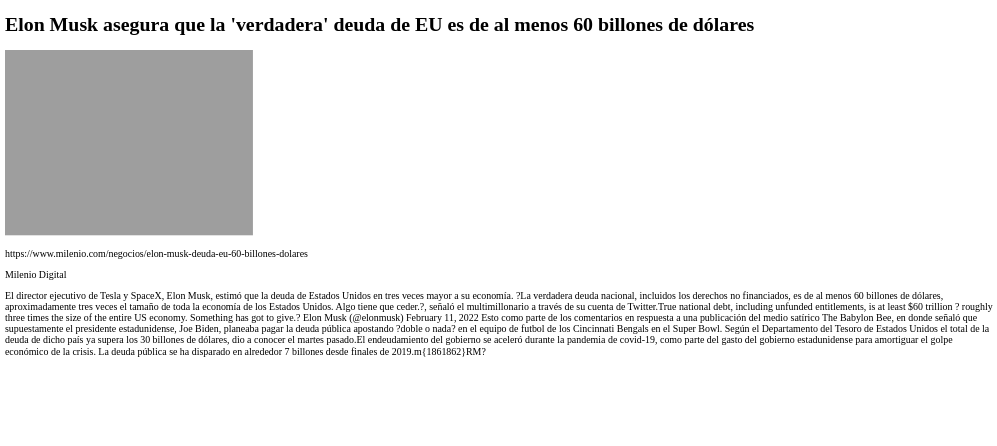
Repository: giovanabirck/lab-01-news
Page: /
These files come from the project's save history. The page is drawn as it stood at one moment and after the next save; the edit follows.
The browser window is 1280 px wide. The page is 1608 px wide, then 1280 px, so the pictures cover 1608 px, including what lies to the right of the window. The pictures show the whole page, at 62% of full size.
Pictures or frames that could not be fetched are drawn as grey boxes. The project was rebuilt for these pictures with package versions that can differ from the ones it lists, and the page was loaded fresh each time. The framework's server and built-in components were replaced by stand-ins that run in the browser. Also part of the build but not shown: next.config.js, styles/globals.css.

Above is the page before, as saved 2023-09-17 20:46:58.

### pages/index.js
import Head from 'next/head'
import Image from 'next/image'
import styles from '@/styles/Home.module.css'

const news01 = {
  "title": "Elon Musk asegura que la 'verdadera' deuda de EU es de al menos 60 billones de dólares",
  "link": "https://www.milenio.com/negocios/elon-musk-deuda-eu-60-billones-dolares",
  "keywords": null,
  "creator": [
    "Milenio Digital"
  ],
  "video_url": null,
  "description": "El director ejecutivo de Tesla y SpaceX, Elon Musk, estimó que la deuda de Estados Unidos en tres veces mayor a su economía. ?La verdadera deuda nacional, incluidos los derechos no financiados, es de al menos 60 billones de dólares, aproximadamente tres veces el tamaño de toda la economía de los Estados Unidos. Algo tiene que ceder.?, señaló el multimillonario a través de su cuenta de Twitter.True national debt, including unfunded entitlements, is at least $60 trillion ? roughly three times the size of the entire US economy. Something has got to give.? Elon Musk (@elonmusk) February 11, 2022 Esto como parte de los comentarios en respuesta a una publicación del medio satírico The Babylon Bee, en donde señaló que supuestamente el presidente estadunidense, Joe Biden, planeaba pagar la deuda pública apostando ?doble o nada? en el equipo de futbol de los Cincinnati Bengals en el Super Bowl. Según el Departamento del Tesoro de Estados Unidos el total de la deuda de dicho país ya supera los 30 billones de dólares, dio a conocer el martes pasado.El endeudamiento del gobierno se aceleró durante la pandemia de covid-19, como parte del gasto del gobierno estadunidense para amortiguar el golpe económico de la crisis. La deuda pública se ha disparado en alrededor 7 billones desde finales de 2019.m{1861862}RM?",
  "content": null,
  "pubDate": "2022-02-14 05:05:43",
  "full_description": null,
  "image_url": "http://www.milenio.com/uploads/media/2022/02/13/elon-musk-estimo-deuda-unidos.jpeg",
  "source_id": "milenio",
  "country": [
    "mexico"
  ],
  "category": [
    "top"
  ],
  "language": "spanish"
}

export default function News() {
  return (
    <>
      <Head>
        <title>Lab 01</title>
        <link rel="icon" href="/favicon.ico" />
      </Head>

      <main>
        <div className={styles.card_news}>
          <h1>{news01.title}</h1>
          <Image
            src={news01.image_url}
            width={400}
            height={300}
            alt="alt"
          />
          <p>{news01.link}</p>
          <p>{news01.creator}</p>
          <p>{news01.description}</p>

        </div>
        {/* title news01.title */}
        {/* imagem news01.image_url*/}
        {/* link news01.link*/}
        {/* author news01.creator*/}
        {/* desc news01.description*/}
      </main>
    </>
  )
}

### styles/Home.module.css
.card_news {
    width: 100em;
}

Loaded but not shown: pages/_app.js (common file); pages/_document.js (common file)

After the next save:
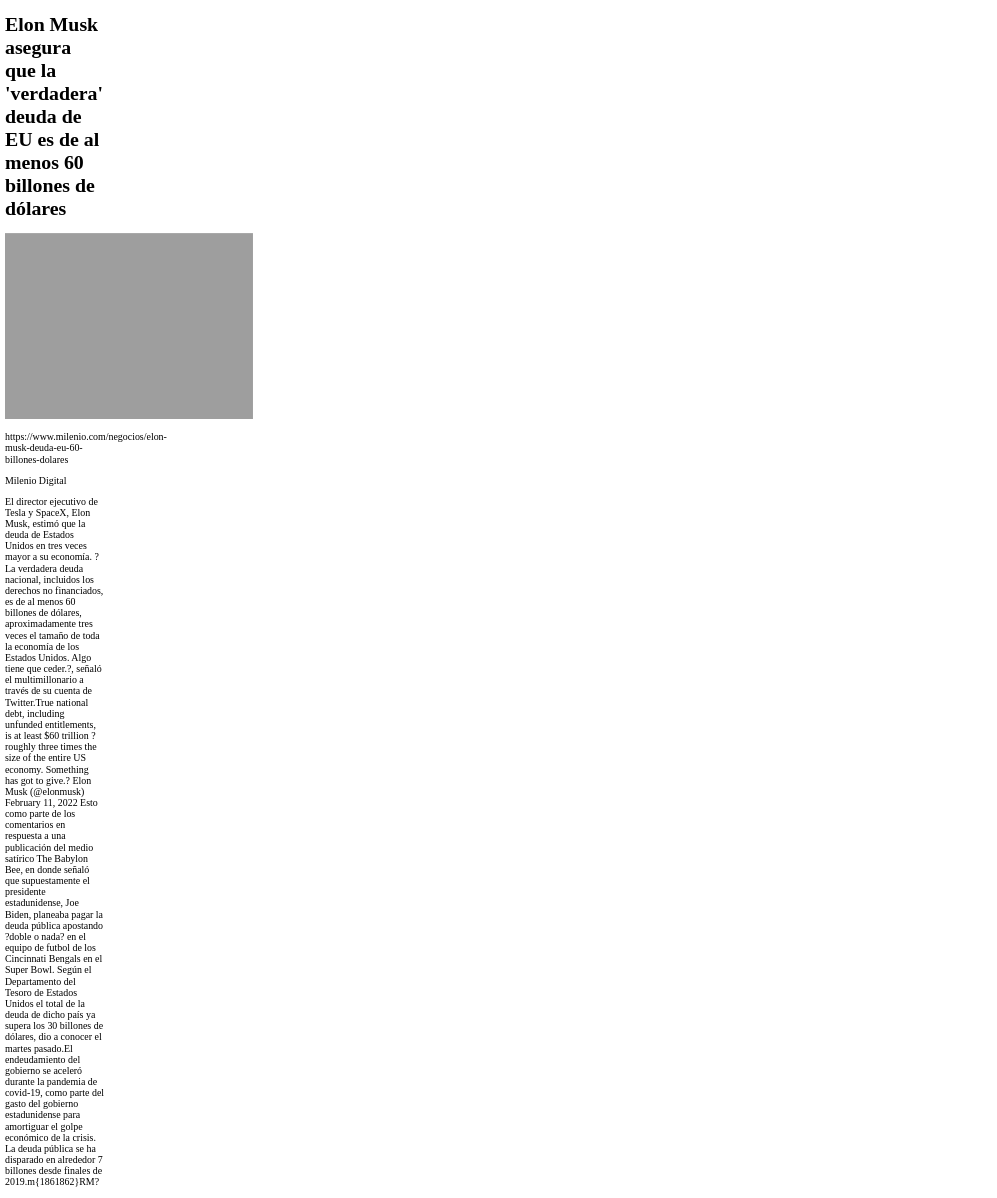
Saved 4 s later.
--- a/styles/Home.module.css
+++ b/styles/Home.module.css
@@ -1,3 +1,3 @@
 .card_news {
-    width: 100em;
+    width: 10em;
 }
